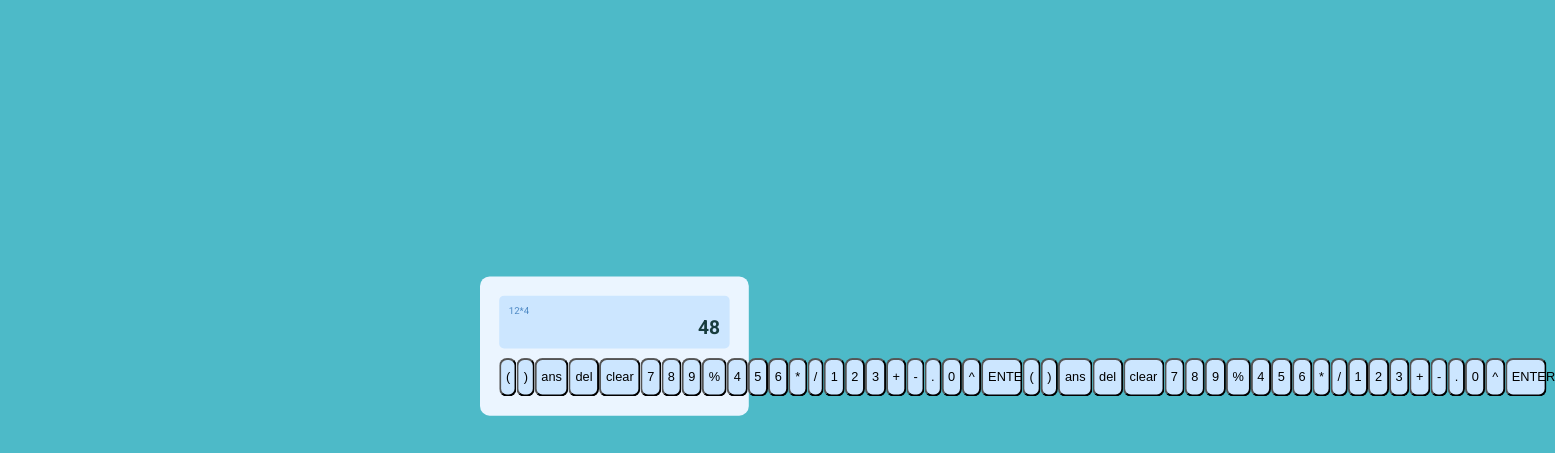
Repository: Herinyhert/Calculate-infix-a-postfix
Page: index.html
The author's editor kept a copy of each file at every save. The page is drawn from the files as they stood at one save, then again after a run of saves.
The browser window is 1280 px wide. The page is 1620 px wide, then 1442 px, so the pictures cover 1620 px, including what lies to the right of the window. The pictures show the whole page, at 96% of full size.

Above is the page before, as saved 2023-11-02 19:22:49.

After the next 3 saves:
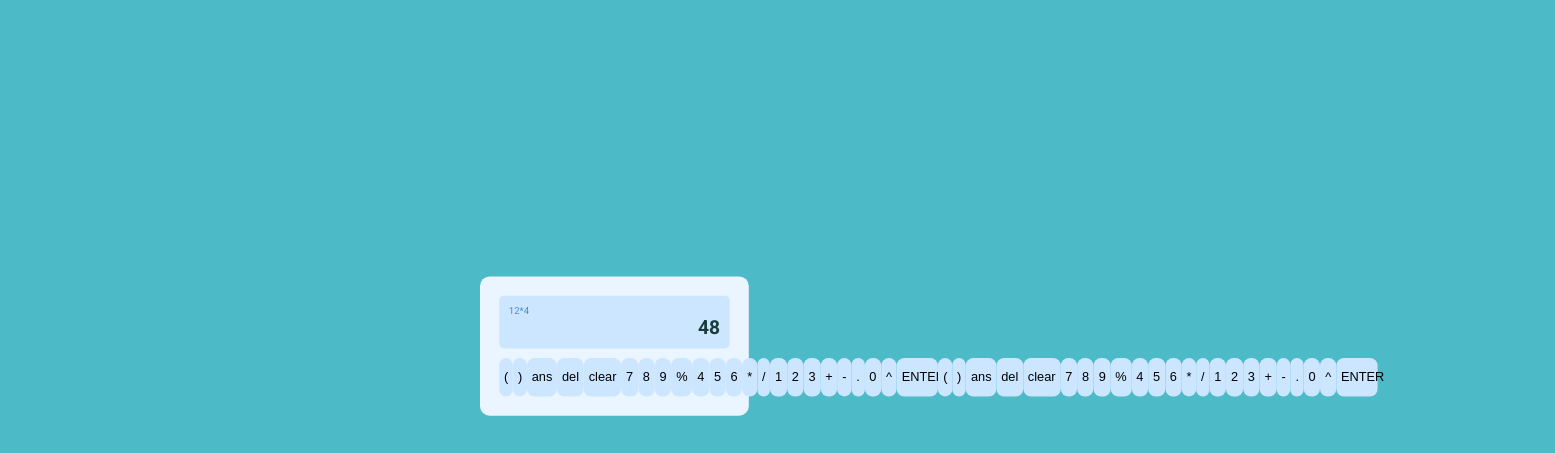
The 3 saves are shown as one change because they came seconds apart.
The last was saved 12 s later.
--- a/css/index.css
+++ b/css/index.css
@@ -43,5 +43,6 @@ body{
     border-radius: 8px;
     width: 18%;
     height: 40px;
+    border: 0;
 
 }
